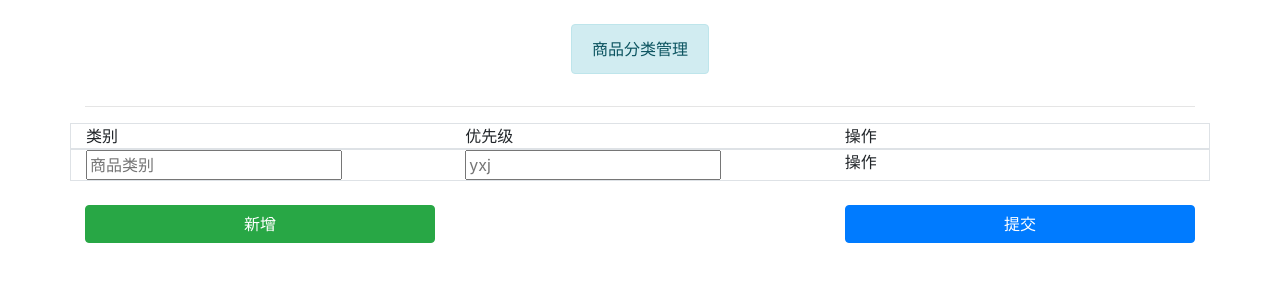
Repository: marveloussj/first_project
Page: o2o/src/main/webapp/WEB-INF/html/shop/productcategorymanage.html
An editor plug-in stored every save of this project. The page is shown before and after the next save, followed by the edit.
The browser window is 1280 px wide. The pictures show the whole page.
The page's requests for data from a server got no answer. Some web libraries are served in a nearby version.

Above is the page before, as saved 2018-03-17 08:38:36.

### o2o/src/main/webapp/WEB-INF/html/shop/productcategorymanage.html
<!doctype html>
<html lang="en">
<head>
<!-- Required meta tags -->
<meta charset="utf-8">
<meta name="viewport"
	content="width=device-width, initial-scale=1, shrink-to-fit=no">

<!-- Bootstrap CSS -->
<link rel="stylesheet"
	href="https://cdn.bootcss.com/bootstrap/4.0.0/css/bootstrap.min.css"
	integrity="sha384-Gn5384xqQ1aoWXA+058RXPxPg6fy4IWvTNh0E263XmFcJlSAwiGgFAW/dAiS6JXm"
	crossorigin="anonymous">

<title>商品分类管理</title>
</head>
<body>

<div class="container">
<br>
<div class="row justify-content-center">
			<div class="alert alert-info" >商品分类管理</div>
		</div>
		<hr>

  <div class="row align-items-start table-bordered">
    <div class="col">类别</div>
    <div class="col">优先级 </div>
    <div class="col"> 操作</div>
  </div>

  <div class="category-wrap"></div>
  <div class="row align-items-start table-bordered temp">
  <div class="col">
		<input type="text" placeholder="商品类别">
  </div>
	<div class="col">
		<input  type="text" placeholder="yxj">
		 </div>
   <div class="col"> 操作</div>
  </div>
<br>

		<div class="row justify-content-between">
			<div class="col-4">
				<button type="button" class="btn btn-success btn-block" id="add">新增</button>
			</div>
			<div class="col-4">
				<button type="button" class="btn btn-primary btn-block" id="submit">提交</button>
			</div>
		</div>
</div>
	<!-- Optional JavaScript -->
	<!-- jQuery first, then Popper.js, then Bootstrap JS -->
	<script src="http://code.jquery.com/jquery-3.3.1.js" integrity="sha256-2Kok7MbOyxpgUVvAk/HJ2jigOSYS2auK4Pfzbm7uH60=" crossorigin="anonymous"></script>
	<script src="https://cdn.bootcss.com/popper.js/1.12.9/umd/popper.min.js" integrity="sha384-ApNbgh9B+Y1QKtv3Rn7W3mgPxhU9K/ScQsAP7hUibX39j7fakFPskvXusvfa0b4Q" crossorigin="anonymous"></script>
	<script src="https://cdn.bootcss.com/bootstrap/4.0.0/js/bootstrap.min.js" integrity="sha384-JZR6Spejh4U02d8jOt6vLEHfe/JQGiRRSQQxSfFWpi1MquVdAyjUar5+76PVCmYl" crossorigin="anonymous"></script>
	<script type="text/javascript" src="../resources/js/shop/productcategorymanage.js" charset="utf-8"></script>

</body>
</html>

### o2o/src/main/webapp/resources/js/shop/productcategorymanage.js
/**
 *
 */
$(function(){
	var addUrl='/o2o/shopadmin/addproductcategorys';
	var deleteUrl='/o2o/shopadmin/deleteproductcategory';
	getlist();
	function getlist(e){
		$.ajax({
		url:"/o2o/shopadmin/getproductcategorylist",
		type:"get",
		dataType:"json",
		success:function(data){
			if(data.success){
				handleList(data.data);
			}
		}

	});
	}

	function handleList(data){
		var html='';
		data.map(function(item,index){
			html+='<div class="row align-items-start table-bordered now"><div class="col">'
				+item.productCategoryName+'</div> <div class="col">'
				+item.priority+'</div><div class="col"><a class="delete" data-toggle="modal" data-target="#myModal" data-id="'
				+item.productCategoryId+'" href="#">删除</a></div></div>';
		});
		$('.category-wrap').html(html);
	}

	$('#add').click(function(){
		var tempHtml='<div class="row align-items-start table-bordered temp"><div class="col">'
			+'<input class="form-control category" type="text" placeholder="商品类别">'
			+'</div> <div class="col">'
			+'<input class="form-control priority" type="number" placeholder="优先级">'
			+'</div><div class="col"><a class="delete" href="#">删除</a></div></div>';
		$('.category-wrap').append(tempHtml);
	});

	$('#submit').click(function(){
		var tempArr=$('.temp');
		var productCategoryList=[];
		tempArr.map(function(index,item){
			var tempObj={};
			tempObj.productCategoryName=$(item).find('.category').val();
			tempObj.priority=$(item).find('.priority').val();
			if(tempObj.productCategoryName&&tempObj.priority){
				productCategoryList.push(tempObj);
			}
		});

		$.ajax({
			url:addUrl,
			type:'POST',
			data:JSON.stringify(productCategoryList),
			contentType: 'application/json',
			success:function(data){
				if(data.success){
					alert("提交成功!");
					getlist();
				}else{
					alert("提交失败!");
				}
			}
		});

	});

	$('.category-wrap').on('click','.align-items-start.table-bordered.temp .delete',function(e){
		$(this).parent().parent().remove();
	});

	$('.category-wrap').on('click','.align-items-start.table-bordered.now .delete',function(e){
		$('#confirm').unbind('click').bind('click',function(){
			var target=e.currentTarget;
			$.ajax({
				url:deleteUrl,
				type:'POST',
				data:{productCategoryId:target.dataset.id},
				dataType:'json',
				success:function(data){
					if(!data.success){
						alert("删除失败!");
					}else{
						alert("删除成功!");
						getlist();
					}
					return ;
				}
			});
			});
	});

	$('#return').click(function() {
		window.location.href = '/o2o/shopadmin/shopmanage';
	});

});

After the next save:
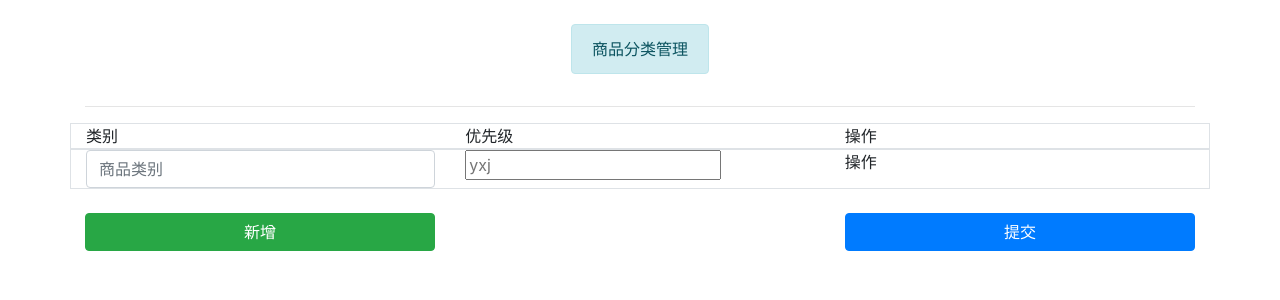
Saved 106 s later.
--- a/o2o/src/main/webapp/WEB-INF/html/shop/productcategorymanage.html
+++ b/o2o/src/main/webapp/WEB-INF/html/shop/productcategorymanage.html
@@ -32,7 +32,7 @@
   <div class="category-wrap"></div>
   <div class="row align-items-start table-bordered temp">
   <div class="col">
-		<input type="text" placeholder="商品类别">
+		<input type="text" class="form-control" placeholder="商品类别">
   </div>
 	<div class="col">
 		<input  type="text" placeholder="yxj">
